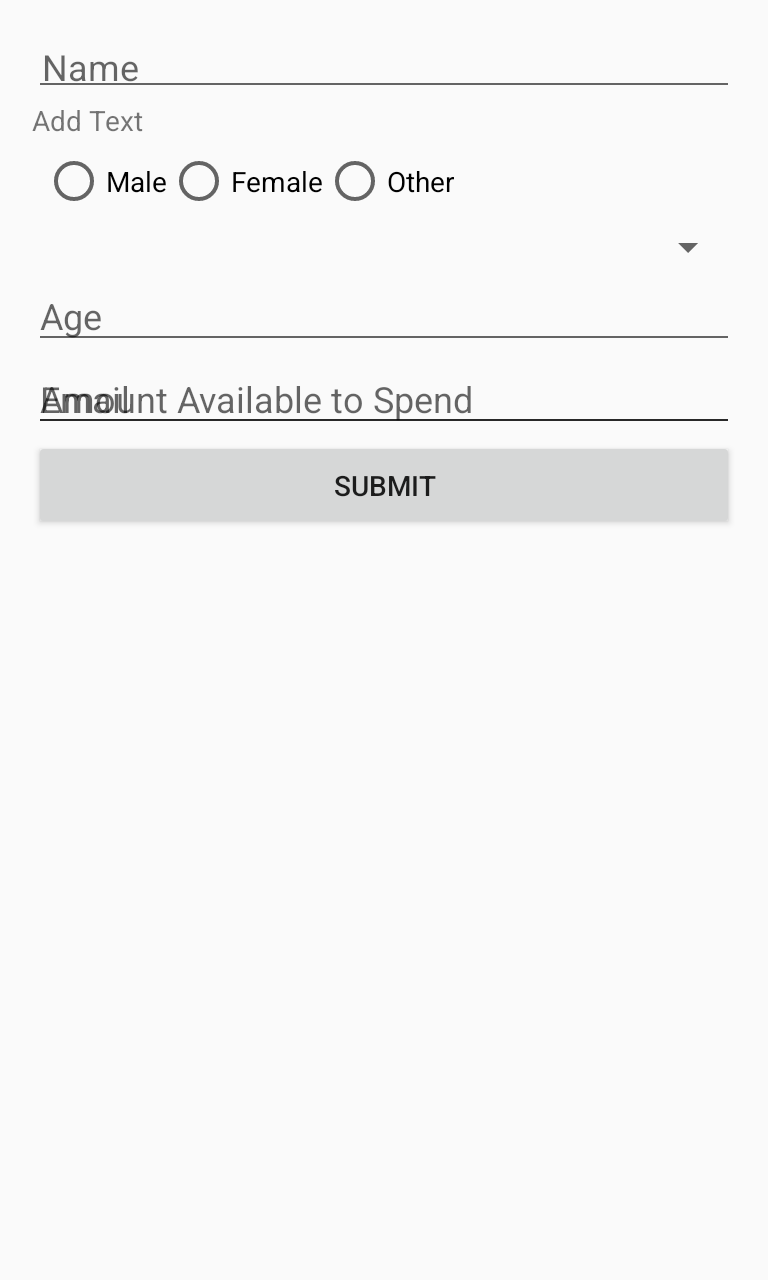
Repository: ThatCrazyIrishGuy/guiAndroidAssignment
Layout: ShoppingList/res/layout/activity_user_detail_form.xml
These files come from the project's save history. The layout is drawn as it stood at one moment and after the next save; the edit follows.
It is drawn on a 768 x 1280 px phone screen (xhdpi) without system bars, with theme AppTheme; the app's code is not run.

Above is the layout before, as saved 2014-11-08 17:41:50.

### ShoppingList/res/layout/activity_user_detail_form.xml
<RelativeLayout xmlns:android="http://schemas.android.com/apk/res/android"
    xmlns:tools="http://schemas.android.com/tools"
    android:layout_width="match_parent"
    android:layout_height="match_parent"
    android:paddingBottom="@dimen/activity_vertical_margin"
    android:paddingLeft="@dimen/activity_horizontal_margin"
    android:paddingRight="@dimen/activity_horizontal_margin"
    android:paddingTop="@dimen/activity_vertical_margin"
    tools:context="ie.dit.britton.darren.shoppinglist.UserDetailForm" >

    <EditText
        android:id="@+id/name"
        android:hint="Name"
        android:layout_width="fill_parent"
        android:layout_height="wrap_content"
 		android:padding="5dp"
     />

     <TextView
        android:id="@+id/genderLabel"
        android:layout_below="@+id/name"
        android:layout_width="wrap_content"
        android:layout_height="wrap_content"
        android:text="Add Text"
     />

   	<RadioGroup
   	    android:id="@+id/gender"
  	    android:layout_below="@+id/genderLabel"
		android:orientation="horizontal"
		android:layout_width="fill_parent"
		android:layout_height="wrap_content"
		android:padding="5dp">
		<RadioButton
			android:id="@+id/male"
			android:text="Male"
		/>
		<RadioButton
			android:id="@+id/female"
			android:text="Female"
		/>
		<RadioButton
			android:id="@+id/other"
			android:text="Other"
		/>
	</RadioGroup>

	<Spinner
    	android:layout_below="@+id/gender"
    	android:id="@+id/job"
    	android:layout_width="fill_parent"
    	android:layout_height="wrap_content"
 		android:padding="5dp"
    />

    <EditText
        android:id="@+id/age"
        android:hint="Age"
        android:layout_below="@+id/job"
        android:layout_width="fill_parent"
        android:layout_height="wrap_content"
        android:inputType="number"
    />

   <EditText
        android:id="@+id/money"
        android:hint="Amount Available to Spend"
        android:layout_below="@+id/age"
        android:layout_width="fill_parent"
        android:layout_height="wrap_content"
        android:inputType="numberDecimal"
    />

    <EditText
        android:id="@+id/email"
        android:hint="Email"
        android:layout_below="@+id/age"
        android:layout_width="fill_parent"
        android:layout_height="wrap_content"
        android:inputType="textEmailAddress"
     />

     <Button
        android:layout_below="@+id/email"
        android:id="@+id/submit"
        android:layout_width="fill_parent"
        android:layout_height="wrap_content"
        android:text ="Submit"
     />

</RelativeLayout>

Loaded but not shown: ShoppingList/res/values/styles.xml (common file); ShoppingList/res/values-v11/styles.xml (common file); ShoppingList/res/values-v14/styles.xml (common file); ShoppingList/res/values/dimens.xml (common file); ShoppingList/res/values-w820dp/dimens.xml (common file)

After the next save:
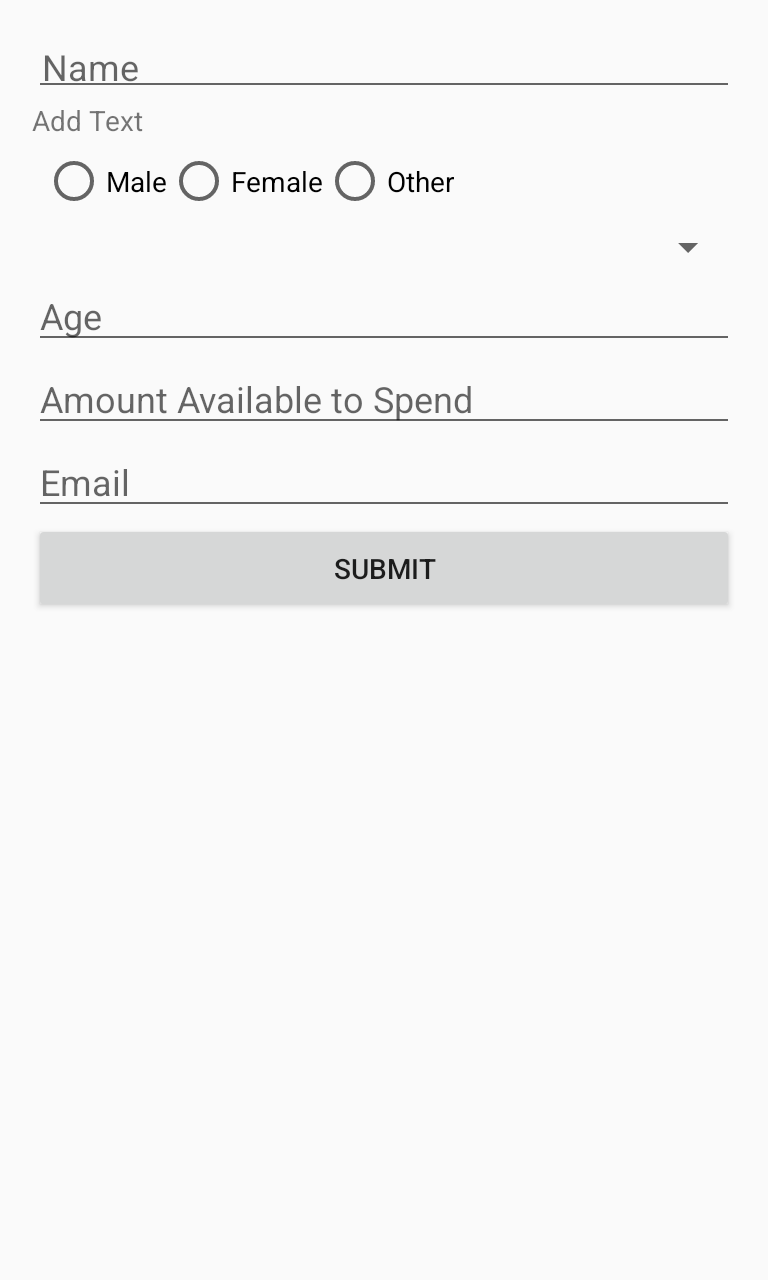
Saved 26 s later.
--- a/ShoppingList/res/layout/activity_user_detail_form.xml
+++ b/ShoppingList/res/layout/activity_user_detail_form.xml
@@ -74,7 +74,7 @@
     <EditText
         android:id="@+id/email"
         android:hint="Email"
-        android:layout_below="@+id/age"
+        android:layout_below="@+id/money"
         android:layout_width="fill_parent"
         android:layout_height="wrap_content"
         android:inputType="textEmailAddress"
